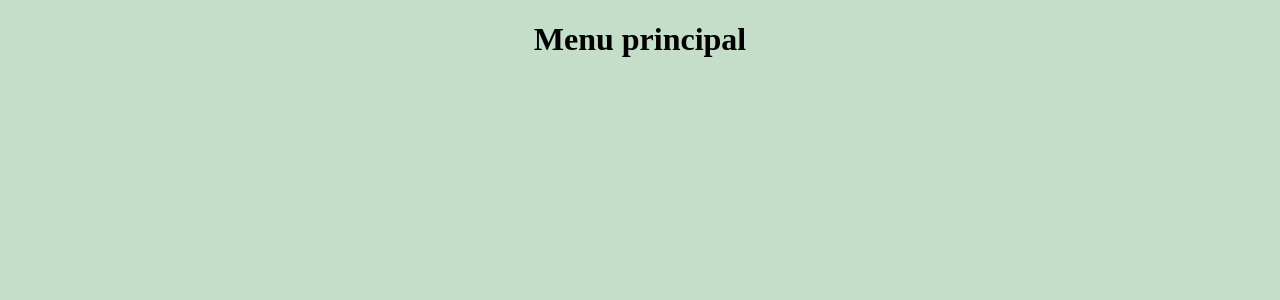
Repository: RubiG-T-L-001/ExamenSustitutorio
Page: http://localhost/ExamenSustitutorio/menuprincipal.jsp
An editor plug-in stored every save of this project. The page is shown before and after the next save, followed by the edit.
The browser window is 1280 px wide. The pictures show the whole page.
The page is served by Tomcat 9.

Above is the page before, as saved 2024-10-19 03:26:17.

After the next save:
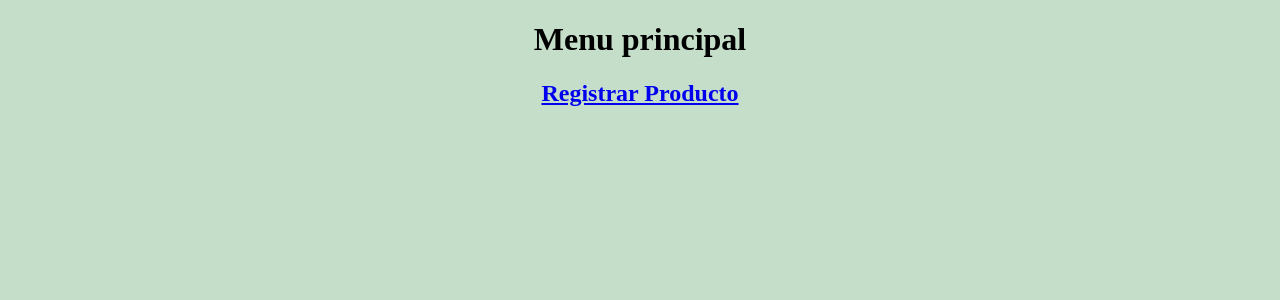
Saved 7 min 6 s later.
--- a/ExamenSustitutorio/src/main/webapp/menuprincipal.jsp
+++ b/ExamenSustitutorio/src/main/webapp/menuprincipal.jsp
@@ -1,6 +1,5 @@
 <%@ page language="java" contentType="text/html; charset=ISO-8859-1"
     pageEncoding="ISO-8859-1"%>
-
 <!DOCTYPE html PUBLIC "-//W3C//DTD HTML 4.01 Transitional//EN" "http://www.w3.org/TR/html4/loose.dtd">
 <html>
 <head>
@@ -9,6 +8,8 @@
 </head>
 <body bgcolor="#c5dec9">
     <h1 align="center">Menu principal</h1>
-
+    <h2 align="center">
+        <a href="ControladorProducto">Registrar Producto</a>
+    </h2>
 </body>
 </html>
